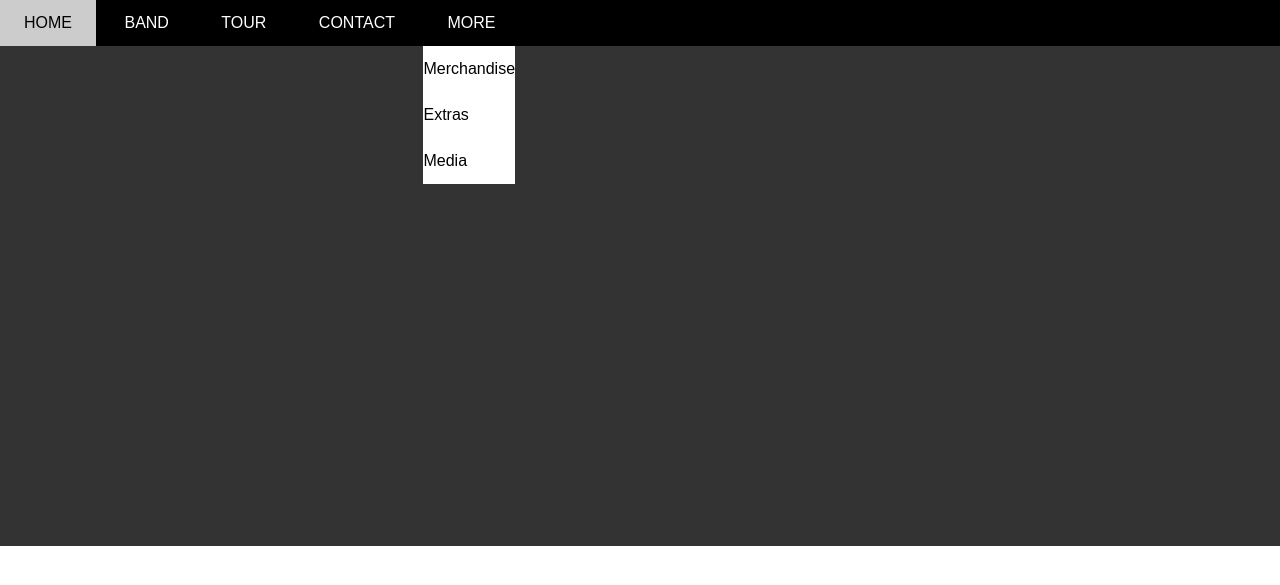
Repository: minhnguyennn/w3_band_music
Page: index.html
The author's editor kept a copy of each file at every save. The page is drawn from the files as they stood at one save, then again after a run of saves.
The browser window is 1280 px wide. The pictures show the whole page.

Above is the page before, as saved 2023-02-17 18:15:16.

### index.html
<!DOCTYPE html>
<html lang="en">
<head>
    <meta charset="UTF-8">
    <meta http-equiv="X-UA-Compatible" content="IE=edge">
    <meta name="viewport" content="width=device-width, initial-scale=1.0">
    <title>Document</title>
    <link rel="stylesheet" href="./assets/css/style.css">
</head>
<body>
    <div id="main">
        <div id="header">
            <ul id="nav">
                <li><a href="">Home</a></li>
                <li><a href="">Band</a></li>
                <li><a href="">Tour</a></li>
                <li><a href="">Contact</a></li>
                <li>
                    <a href="">More</a>
                    <ul class="subnav">
                        <li><a href="">Merchandise</a></li>
                        <li><a href="">Extras</a></li>
                        <li><a href="">Media</a></li>
                    </ul>
                </li>
            </ul>
        </div>

        <div id="slider">

        </div>

        <div id="content">

        </div>

        <div id="footer">

        </div>

    </div>
</body>
</html>

### assets/css/style.css
/* Reset CSS */
* {
   padding: 0;
   margin: 0;
   box-sizing: border-box;
}

html {
   font-family: Arial, Helvetica, sans-serif;
}

#main {
}

#header {
   height: 46px;
   background-color: #000;
}

#nav,
.subnav {
   list-style-type: none;
}

#nav > li {
   display: inline-block;
}

#nav li {
   position: relative;
}

#nav > li > a {
   color: #fff;
   text-transform: uppercase;
   padding: 0 24px;
}

#nav li a {
   text-decoration: none;
   line-height: 46px;
   display: inline-block;
}

#nav > li:hover > a {
   color: #000;
   background-color: #ccc;
}

#nav .subnav {
   /* display: none; */
   position: absolute;
   background-color: #fff;
}

#nav .subnav a {
   color: #000;
}

#nav .subnav li:hover {
   background-color: #ccc;
}

#slider {
   min-height: 500px;
   background-color: #333;
}

#content {
}

#footer {
}

After the next 3 saves:
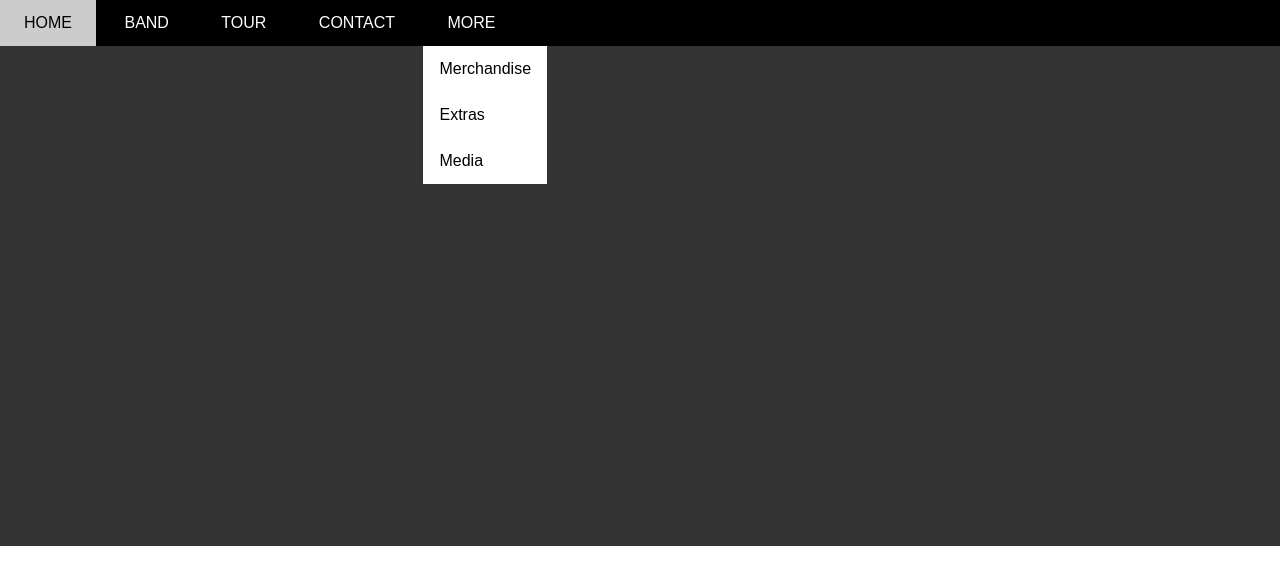
The 3 saves are shown as one change because they came seconds apart.
The last was saved 34 s later.
--- a/assets/css/style.css
+++ b/assets/css/style.css
@@ -55,6 +55,7 @@
 
 #nav .subnav a {
    color: #000;
+   padding: 0 16px;
 }
 
 #nav .subnav li:hover {
